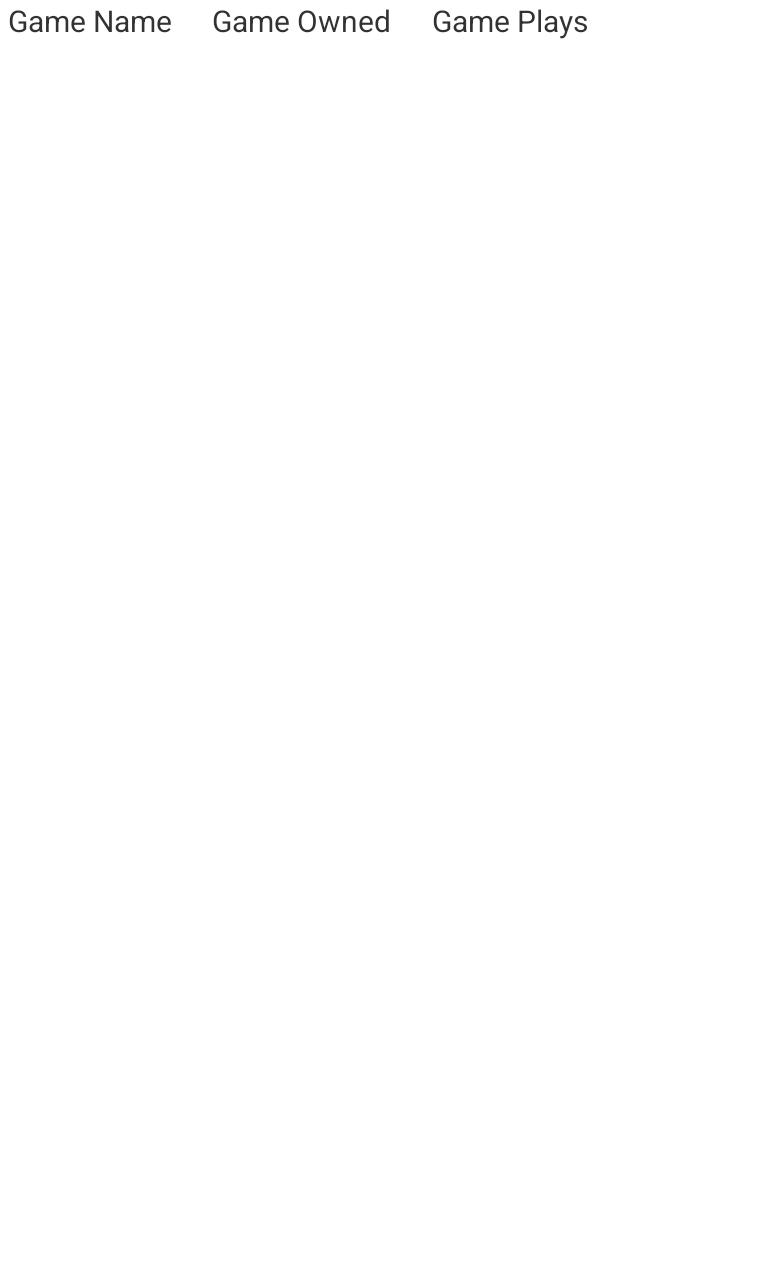
Repository: stewartwinter/bggpersonal
Layout: BGGPersonal/res/layout/collection_item_game.xml
An editor plug-in stored every save of this project. The layout is shown before and after the next save, followed by the edit.
It is drawn on a 768 x 1280 px phone screen (xhdpi) without system bars, with theme AppTheme; the app's code is not run.

Above is the layout before, as saved 2014-03-15 05:50:29.

After the next save:
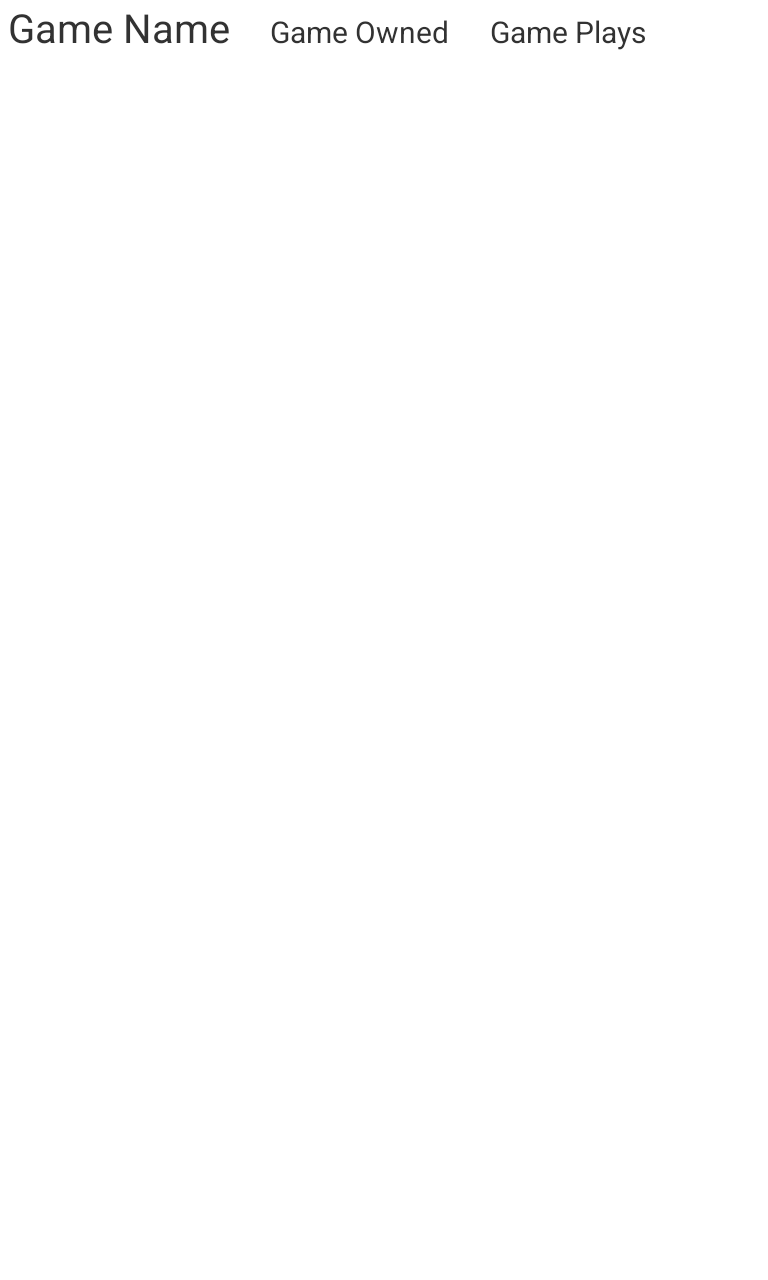
Saved 44 s later.
--- a/BGGPersonal/res/layout/collection_item_game.xml
+++ b/BGGPersonal/res/layout/collection_item_game.xml
@@ -10,7 +10,7 @@
     	android:paddingLeft="4dp"
     	android:paddingRight="10dp"
     	android:text="Game Name"
-    	android:textSize="15sp"
+    	android:textSize="20sp"
     />
 <TextView
     	android:id="@+id/collection_item_game_owned"
